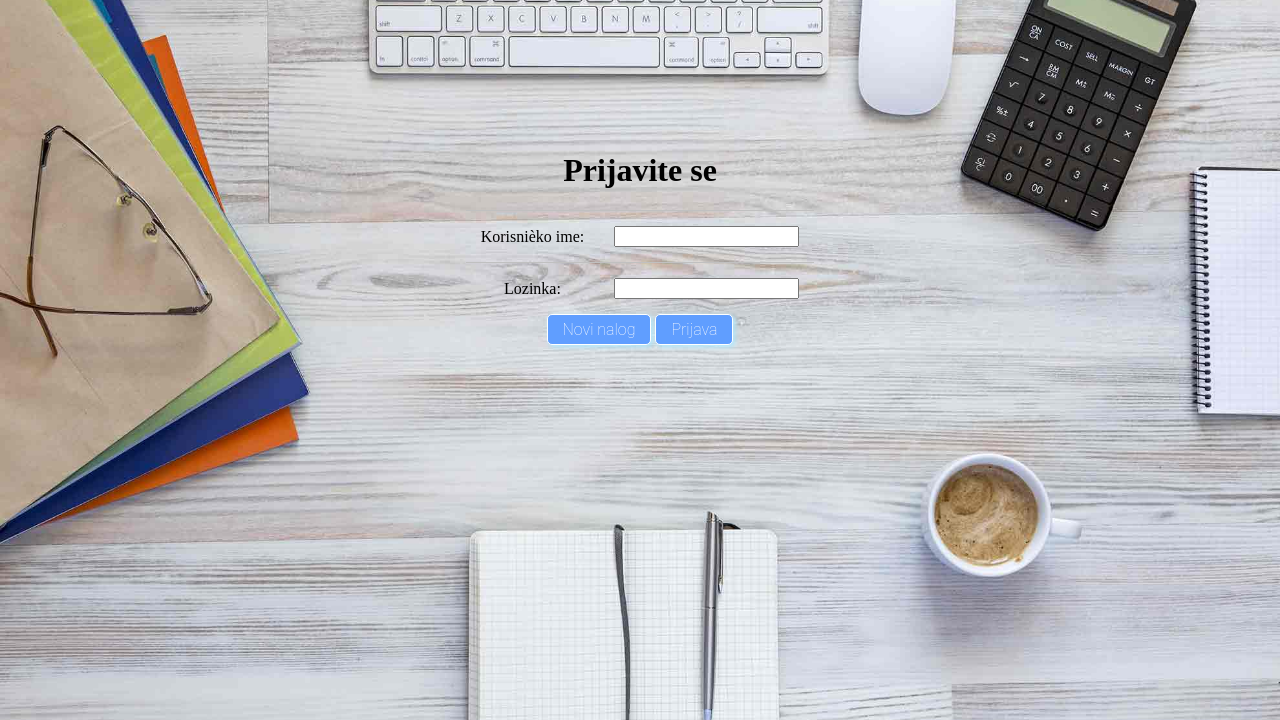
Repository: KristijanPetkovic/java-applet-video-library
Page: Projekti/www.videoteka.com/WebContent/login.html
An editor plug-in stored every save of this project. The page is shown before and after the next save, followed by the edit.
The browser window is 1280 px wide. The pictures show the whole page.

Above is the page before, as saved 2019-01-11 19:54:26.

### Projekti/www.videoteka.com/WebContent/login.html
<!DOCTYPE html>
<html>
	<head>

		<title>Prijavljivanje</title>

		<link rel="stylesheet" href="logovanje.css" >
	</head>
	<body>
		<h1 id="naslov">Prijavite se</h1>
		<form method="post">
			<table class="center" cellpadding="15px">
				<tr>
					<td>Korisnièko ime: </td>
					<td> <input name="ime" type="text"> </td>
				</tr>
				<tr>
					<td>Lozinka: </td>
					<td> <input name="sifra" type="password"> </td>
				</tr>
			</table>
			<input class="color-change" name="otvaranje" type="submit" value="Novi nalog" formaction="noviKorisnik.html">
			<input class="color-change" name="prijava" type="submit" value="Prijava" formaction="LoginServlet" >

		</form>
	</body>
</html>

### Projekti/www.videoteka.com/WebContent/logovanje.css
#naslov{
    margin-top:12%;
    }

table.center {
    margin-left:auto;
    margin-right:auto;
  }

body {
	background: url(poz.jpg) no-repeat center center fixed;
	-webkit-background-size: cover;
	-moz-background-size: cover;
	-o-background-size: cover;
	background-size: cover;
	text-align:center;
  }
table{
	border-color: rgb(0,0,0);
	border-collapse: collapse;
}
th{
	color: rgb(255, 255, 255);
	background: rgb(0, 0, 0);
	collspan: 2;
}
td{
	border-top: 1pt solid silver;
	padding: 10;
}
ttr:nth-child(odd){
	background: rgb(255, 255, 255);
}
tr:hover{
	background: rgb(96, 158, 255);
}
input:focus{
	background-color: rgb(255, 255, 179);
	border-color: rgb(186, 186, 186);
}
.color-change {
  border-radius: 5px;
  font-size: 20px;
  padding: 5px 15px;
  cursor: pointer;
  color: #fff;
  background-color: rgb(96, 158, 255);
  font-size: 1rem;
  font-family: 'Roboto';
  font-weight: 100;
  border: 1px solid #fff;
  box-shadow: 2px 2px 5px #AFE9FF;
  transition-duration: 0.5s;
  -webkit-transition-duration: 0.5s;
  -moz-transition-duration: 0.5s;
}

.color-change:hover {
  color: #006398;
  border: 1px solid #006398;
  box-shadow: 2px 2px 20px #AFE9FF;
}

button.color-change {
  -webkit-appearance: none;
  -moz-appearance: none;
}

After the next save:
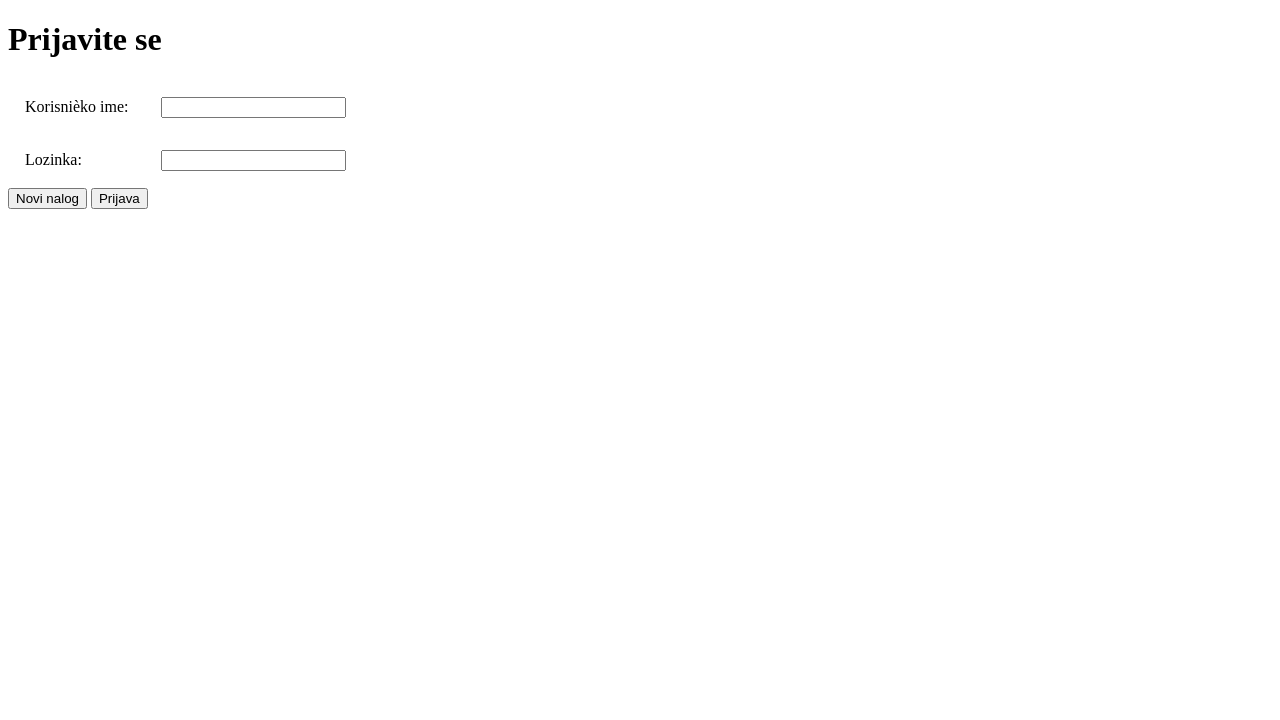
Saved 76 s later.
--- a/Projekti/www.videoteka.com/WebContent/login.html
+++ b/Projekti/www.videoteka.com/WebContent/login.html
@@ -4,7 +4,7 @@
 
 		<title>Prijavljivanje</title>
 
-		<link rel="stylesheet" href="logovanje.css" >
+		<link href="logovanje.css" >
 	</head>
 	<body>
 		<h1 id="naslov">Prijavite se</h1>

After the save that followed:
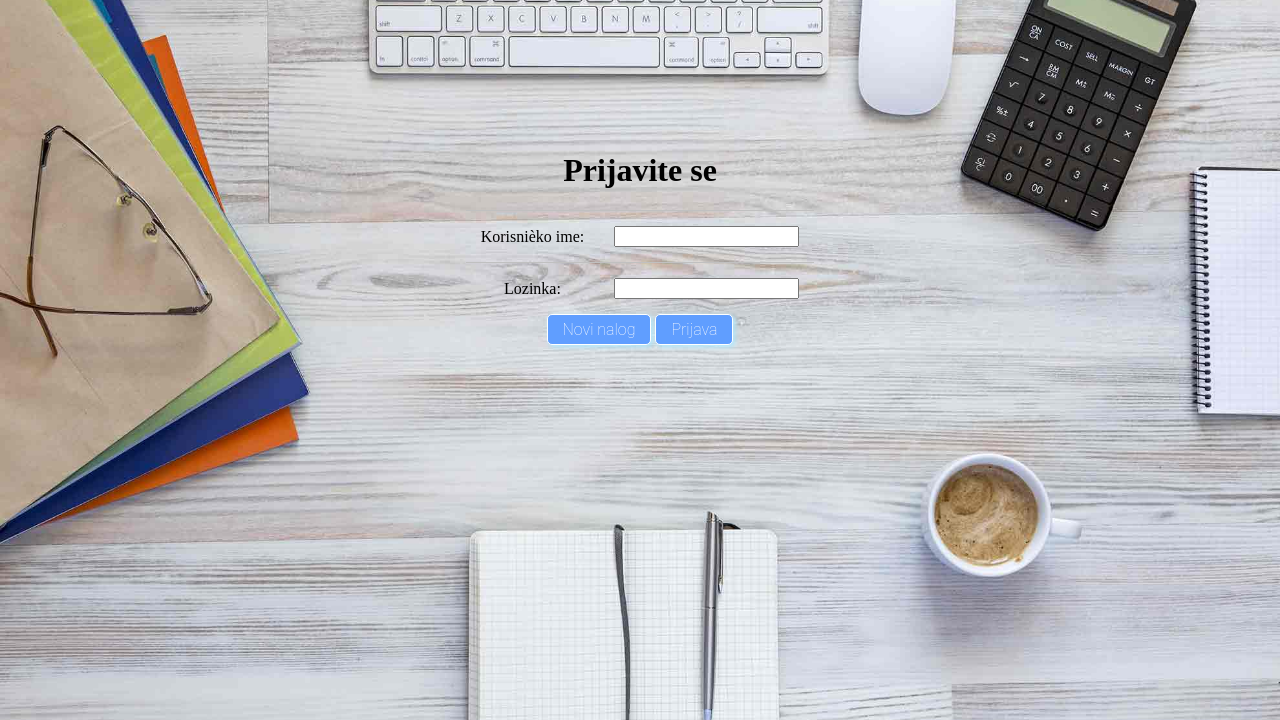
Saved 29 s later.
--- a/Projekti/www.videoteka.com/WebContent/login.html
+++ b/Projekti/www.videoteka.com/WebContent/login.html
@@ -4,7 +4,7 @@
 
 		<title>Prijavljivanje</title>
 
-		<link href="logovanje.css" >
+		<link rel="stylesheet" href="logovanje.css" >
 	</head>
 	<body>
 		<h1 id="naslov">Prijavite se</h1>
